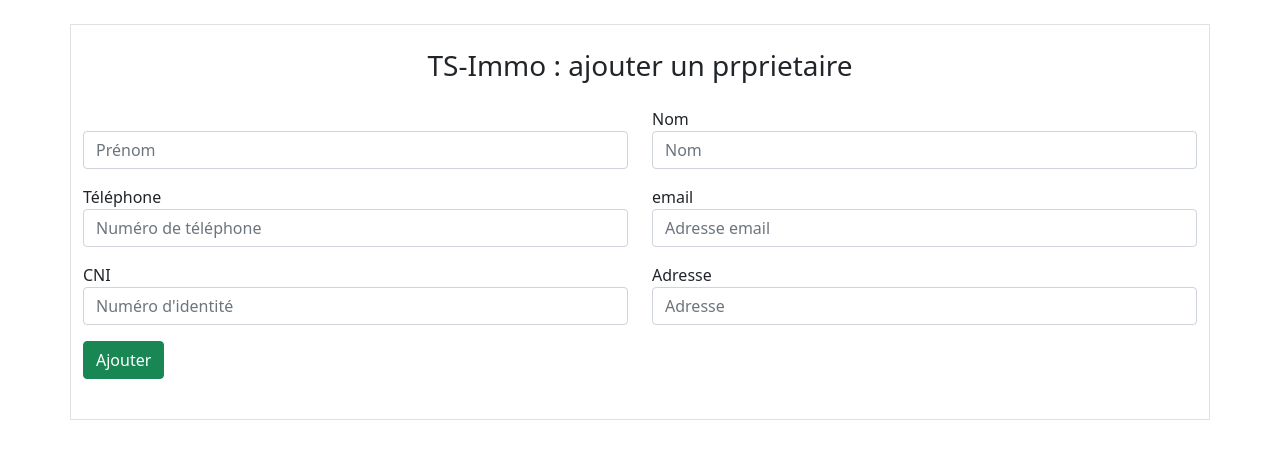
Repository: saliou-t/TS-IMMO
Page: http://localhost/src/views/proprietaire/new.html.php
These files come from the project's save history. The page is drawn as it stood at one moment and after the next save; the edit follows.
The browser window is 1280 px wide. The pictures show the whole page.
The page is run by PHP 8.4 with error messages shown; the project is at /var/www/html/.

Above is the page before, as saved 2022-04-03 14:39:36.

### src/views/proprietaire/new.html.php
<!DOCTYPE html>
<html lang="en">
<head>
    <meta charset="UTF-8">
    <meta http-equiv="X-UA-Compatible" content="IE=edge">
    <meta name="viewport" content="width=device-width, initial-scale=1.0">
    <link href="https://cdn.jsdelivr.net/npm/bootstrap@5.1.3/dist/css/bootstrap.min.css" rel="stylesheet" integrity="sha384-1BmE4kWBq78iYhFldvKuhfTAU6auU8tT94WrHftjDbrCEXSU1oBoqyl2QvZ6jIW3" crossorigin="anonymous">
    <title>Ajouter Proprietaire</title>

</head>
<body>

<div class="container jumbotron">
    <div class="row border py-4 my-4">
        <h3 class="text-center ">TS-Immo : ajouter un prprietaire</h3>
        <form action="" methode="POST">
            <div class="row my-3">
                <div class="col">
                    <label for="Prénom"></label>
                    <input class="form-control" name ="prenom" type="text" placeholder="Prénom">
                </div>
                <div class="col">
                    <label for="nom">Nom</label>
                    <input class="form-control" name="nom" type="text" placeholder="Nom">
                </div>
            </div>
            <div class="row my-3">
                <div class="col">
                    <label for="telephone">Téléphone</label>
                    <input class="form-control" name="telephone" type="text" placeholder="Numéro de téléphone">
                </div>
                <div class="col">
                    <label for="email">email</label>
                    <input class="form-control" name="email" type="text" placeholder="Adresse email">
                </div>
            </div>
            <div class="row">
                <div class="col">
                    <label for="cni">CNI</label>
                    <input class="form-control" name="CNI" type="text" placeholder="Numéro d'identité">
                </div>
                <div class="col">
                    <label for="adresse">Adresse</label>
                    <input class="form-control" name="adresse" type="text" placeholder="Adresse">
                </div>
            </div>
            <div class="row my-3">
                <div class="col ">
                    <div class="btn btn-success">Ajouter</div>
                </div>
            </div>
        </form>
    </div>
</div>
</body>
</html>

After the next save:
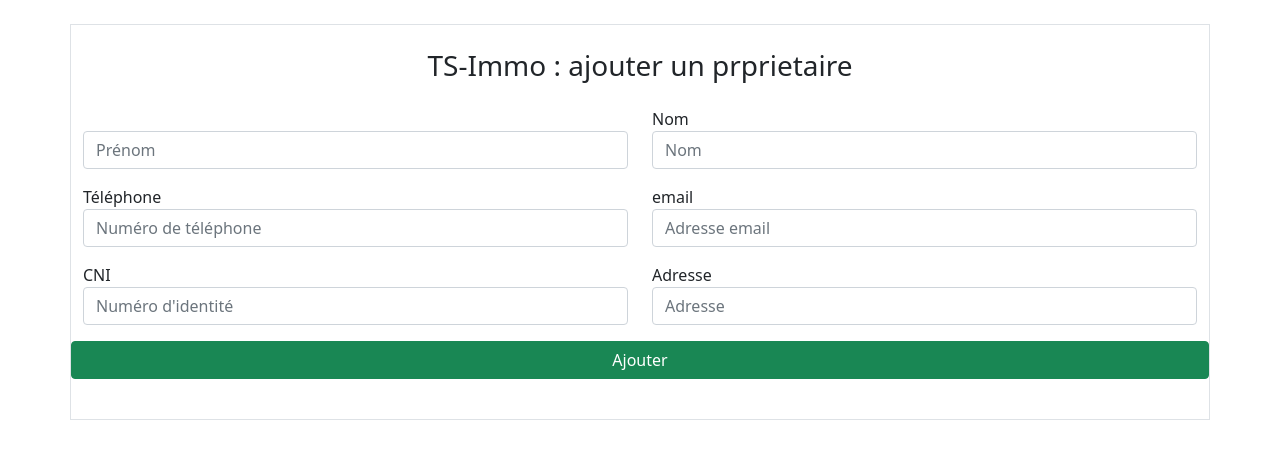
Saved 4 s later.
--- a/src/views/proprietaire/new.html.php
+++ b/src/views/proprietaire/new.html.php
@@ -45,8 +45,8 @@
                 </div>
             </div>
             <div class="row my-3">
+                <div class="btn btn-success">Ajouter</div>
                 <div class="col ">
-                    <div class="btn btn-success">Ajouter</div>
                 </div>
             </div>
         </form>

After the save that followed:
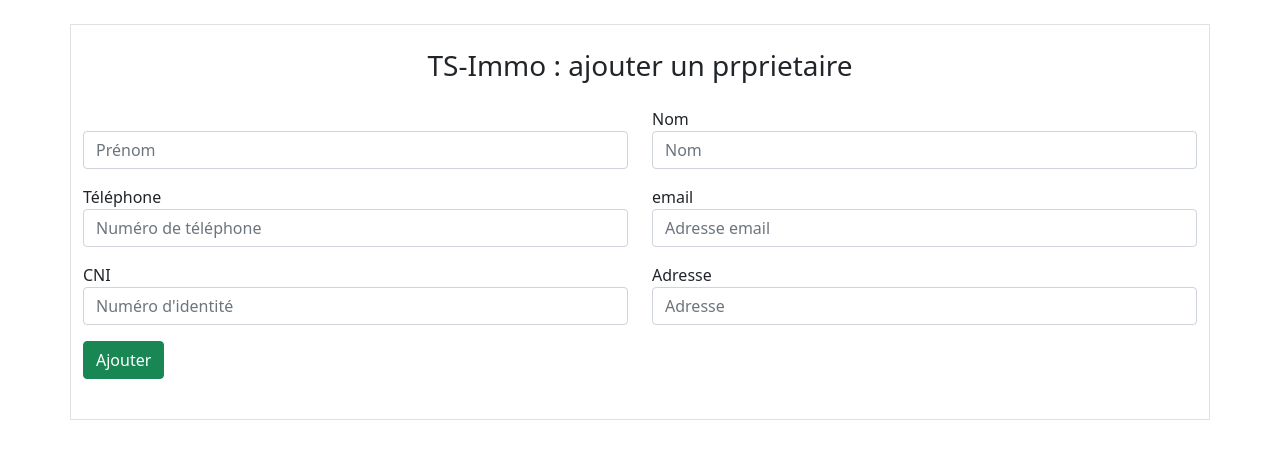
Saved 10 s later.
--- a/src/views/proprietaire/new.html.php
+++ b/src/views/proprietaire/new.html.php
@@ -45,8 +45,8 @@
                 </div>
             </div>
             <div class="row my-3">
-                <div class="btn btn-success">Ajouter</div>
                 <div class="col ">
+                    <div class="btn btn-success">Ajouter</div>
                 </div>
             </div>
         </form>
